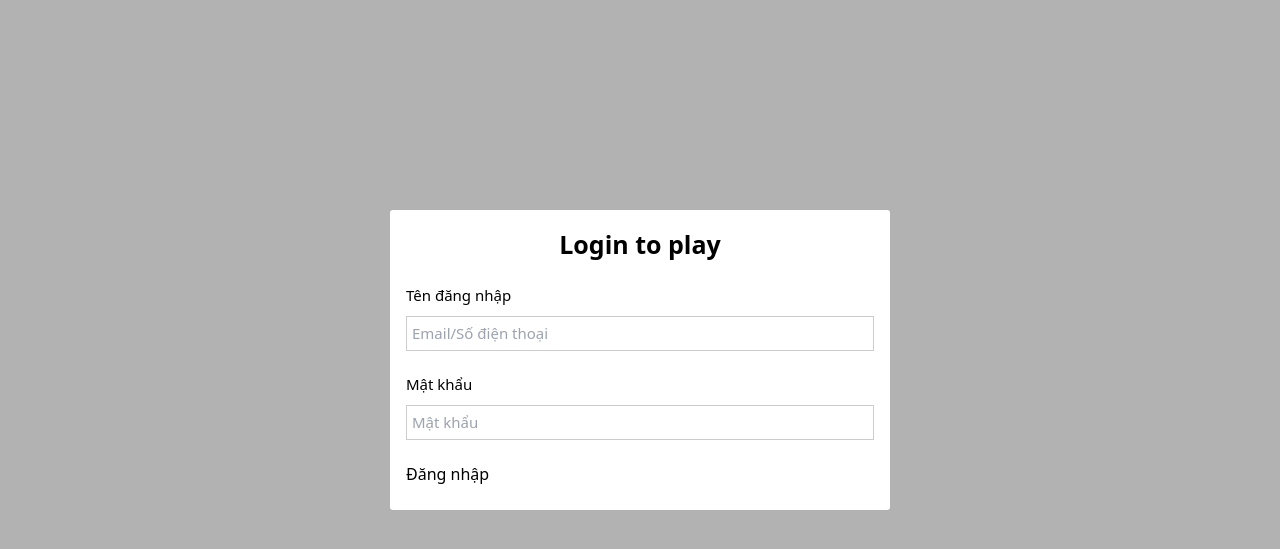
Repository: Teddy1705/demo_pj
Page: /
An editor plug-in stored every save of this project. The page is shown before and after the next save, followed by the edit.
The browser window is 1280 px wide. The pictures show the whole page.
The project was rebuilt for these pictures with package versions that can differ from the ones it lists, and the page was loaded fresh each time. Also part of the build but not shown: vite.config.js.

Above is the page before, as saved 2024-04-16 09:58:17.

### index.html
<!DOCTYPE html>
<html lang="en">
  <head>
    <meta charset="UTF-8" />
    <link rel="icon" type="image/svg+xml" href="/vite.svg" />
    <meta name="viewport" content="width=device-width, initial-scale=1.0" />
    <title>Tic Tac Toe</title>
    <link rel="stylesheet" href="./src/index.css" />
  </head>
  <body>
    <div id="root"></div>
    <script type="module" src="/src/main.jsx"></script>
  </body>
</html>

### src/index.css
:root {
  --white-color: #fff;
  --black-color: #000;
}

/*
1. Prevent padding and border from affecting element width. (https://github.com/mozdevs/cssremedy/issues/4)
2. Allow adding a border to an element by just adding a border-width. (https://github.com/tailwindcss/tailwindcss/pull/116)
*/

*,
::before,
::after {
  box-sizing: border-box;
  /* 1 */
  border-width: 0;
  /* 2 */
  border-style: solid;
  /* 2 */
  border-color: #e5e7eb;
  /* 2 */
}

::before,
::after {
  --tw-content: "";
}

/*
1. Use a consistent sensible line-height in all browsers.
2. Prevent adjustments of font size after orientation changes in iOS.
3. Use a more readable tab size.
4. Use the user's configured `sans` font-family by default.
5. Use the user's configured `sans` font-feature-settings by default.
6. Use the user's configured `sans` font-variation-settings by default.
7. Disable tap highlights on iOS
*/

html,
:host {
  line-height: 1.5;
  /* 1 */
  -webkit-text-size-adjust: 100%;
  /* 2 */
  -moz-tab-size: 4;
  /* 3 */
  -o-tab-size: 4;
  tab-size: 4;
  /* 3 */
  font-family: ui-sans-serif, system-ui, sans-serif, "Apple Color Emoji",
    "Segoe UI Emoji", "Segoe UI Symbol", "Noto Color Emoji";
  /* 4 */
  font-feature-settings: normal;
  /* 5 */
  font-variation-settings: normal;
  /* 6 */
  -webkit-tap-highlight-color: transparent;
  /* 7 */
}

/*
1. Remove the margin in all browsers.
2. Inherit line-height from `html` so users can set them as a class directly on the `html` element.
*/

body {
  margin: 0;
  /* 1 */
  line-height: inherit;
  /* 2 */
}

/*
1. Add the correct height in Firefox.
2. Correct the inheritance of border color in Firefox. (https://bugzilla.mozilla.org/show_bug.cgi?id=190655)
3. Ensure horizontal rules are visible by default.
*/

hr {
  height: 0;
  /* 1 */
  color: inherit;
  /* 2 */
  border-top-width: 1px;
  /* 3 */
}

/*
Add the correct text decoration in Chrome, Edge, and Safari.
*/

abbr:where([title]) {
  -webkit-text-decoration: underline dotted;
  text-decoration: underline dotted;
}

/*
Remove the default font size and weight for headings.
*/

h1,
h2,
h3,
h4,
h5,
h6 {
  font-size: inherit;
  font-weight: inherit;
}

/*
Reset links to optimize for opt-in styling instead of opt-out.
*/

a {
  color: inherit;
  text-decoration: inherit;
}

/*
Add the correct font weight in Edge and Safari.
*/

b,
strong {
  font-weight: bolder;
}

/*
1. Use the user's configured `mono` font-family by default.
2. Use the user's configured `mono` font-feature-settings by default.
3. Use the user's configured `mono` font-variation-settings by default.
4. Correct the odd `em` font sizing in all browsers.
*/

code,
kbd,
samp,
pre {
  font-family: ui-monospace, SFMono-Regular, Menlo, Monaco, Consolas,
    "Liberation Mono", "Courier New", monospace;
  /* 1 */
  font-feature-settings: normal;
  /* 2 */
  font-variation-settings: normal;
  /* 3 */
  font-size: 1em;
  /* 4 */
}

/*
Add the correct font size in all browsers.
*/

small {
  font-size: 80%;
}

/*
Prevent `sub` and `sup` elements from affecting the line height in all browsers.
*/

sub,
sup {
  font-size: 75%;
  line-height: 0;
  position: relative;
  vertical-align: baseline;
}

sub {
  bottom: -0.25em;
}

sup {
  top: -0.5em;
}

/*
1. Remove text indentation from table contents in Chrome and Safari. (https://bugs.chromium.org/p/chromium/issues/detail?id=999088, https://bugs.webkit.org/show_bug.cgi?id=201297)
2. Correct table border color inheritance in all Chrome and Safari. (https://bugs.chromium.org/p/chromium/issues/detail?id=935729, https://bugs.webkit.org/show_bug.cgi?id=195016)
3. Remove gaps between table borders by default.
*/

table {
  text-indent: 0;
  /* 1 */
  border-color: inherit;
  /* 2 */
  border-collapse: collapse;
  /* 3 */
}

/*
1. Change the font styles in all browsers.
2. Remove the margin in Firefox and Safari.
3. Remove default padding in all browsers.
*/

button,
input,
optgroup,
select,
textarea {
  font-family: inherit;
  /* 1 */
  font-feature-settings: inherit;
  /* 1 */
  font-variation-settings: inherit;
  /* 1 */
  font-size: 100%;
  /* 1 */
  font-weight: inherit;
  /* 1 */
  line-height: inherit;
  /* 1 */
  letter-spacing: inherit;
  /* 1 */
  color: inherit;
  /* 1 */
  margin: 0;
  /* 2 */
  padding: 0;
  /* 3 */
}

/*
Remove the inheritance of text transform in Edge and Firefox.
*/

button,
select {
  text-transform: none;
}

/*
1. Correct the inability to style clickable types in iOS and Safari.
2. Remove default button styles.
*/

button,
input:where([type="button"]),
input:where([type="reset"]),
input:where([type="submit"]) {
  -webkit-appearance: button;
  /* 1 */
  background-color: transparent;
  /* 2 */
  background-image: none;
  /* 2 */
}

/*
Use the modern Firefox focus style for all focusable elements.
*/

:-moz-focusring {
  outline: auto;
}

/*
Remove the additional `:invalid` styles in Firefox. (https://github.com/mozilla/gecko-dev/blob/2f9eacd9d3d995c937b4251a5557d95d494c9be1/layout/style/res/forms.css#L728-L737)
*/

:-moz-ui-invalid {
  box-shadow: none;
}

/*
Add the correct vertical alignment in Chrome and Firefox.
*/

progress {
  vertical-align: baseline;
}

/*
Correct the cursor style of increment and decrement buttons in Safari.
*/

::-webkit-inner-spin-button,
::-webkit-outer-spin-button {
  height: auto;
}

/*
1. Correct the odd appearance in Chrome and Safari.
2. Correct the outline style in Safari.
*/

[type="search"] {
  -webkit-appearance: textfield;
  /* 1 */
  outline-offset: -2px;
  /* 2 */
}

/*
Remove the inner padding in Chrome and Safari on macOS.
*/

::-webkit-search-decoration {
  -webkit-appearance: none;
}

/*
1. Correct the inability to style clickable types in iOS and Safari.
2. Change font properties to `inherit` in Safari.
*/

::-webkit-file-upload-button {
  -webkit-appearance: button;
  /* 1 */
  font: inherit;
  /* 2 */
}

/*
Add the correct display in Chrome and Safari.
*/

summary {
  display: list-item;
}

/*
Removes the default spacing and border for appropriate elements.
*/

blockquote,
dl,
dd,
h1,
h2,
h3,
h4,
h5,
h6,
hr,
figure,
p,
pre {
  margin: 0;
}

fieldset {
  margin: 0;
  padding: 0;
}

legend {
  padding: 0;
}

ol,
ul,
menu {
  list-style: none;
  margin: 0;
  padding: 0;
}

/*
Reset default styling for dialogs.
*/

dialog {
  padding: 0;
}

/*
Prevent resizing textareas horizontally by default.
*/

textarea {
  resize: vertical;
}

/*
1. Reset the default placeholder opacity in Firefox. (https://github.com/tailwindlabs/tailwindcss/issues/3300)
2. Set the default placeholder color to the user's configured gray 400 color.
*/

input::-moz-placeholder,
textarea::-moz-placeholder {
  opacity: 1;
  /* 1 */
  color: #9ca3af;
  /* 2 */
}

input::placeholder,
textarea::placeholder {
  opacity: 1;
  /* 1 */
  color: #9ca3af;
  /* 2 */
}

/*
Set the default cursor for buttons.
*/

button,
[role="button"] {
  cursor: pointer;
}

/*
Make sure disabled buttons don't get the pointer cursor.
*/

:disabled {
  cursor: default;
}

/*
1. Make replaced elements `display: block` by default. (https://github.com/mozdevs/cssremedy/issues/14)
2. Add `vertical-align: middle` to align replaced elements more sensibly by default. (https://github.com/jensimmons/cssremedy/issues/14#issuecomment-634934210)
   This can trigger a poorly considered lint error in some tools but is included by design.
*/

img,
svg,
video,
canvas,
audio,
iframe,
embed,
object {
  display: block;
  /* 1 */
  vertical-align: middle;
  /* 2 */
}

/*
Constrain images and videos to the parent width and preserve their intrinsic aspect ratio. (https://github.com/mozdevs/cssremedy/issues/14)
*/

img,
video {
  max-width: 100%;
  height: auto;
}

/* Make elements with the HTML hidden attribute stay hidden by default */

[hidden] {
  display: none;
}

*,
::before,
::after {
  --tw-border-spacing-x: 0;
  --tw-border-spacing-y: 0;
  --tw-translate-x: 0;
  --tw-translate-y: 0;
  --tw-rotate: 0;
  --tw-skew-x: 0;
  --tw-skew-y: 0;
  --tw-scale-x: 1;
  --tw-scale-y: 1;
  --tw-pan-x: ;
  --tw-pan-y: ;
  --tw-pinch-zoom: ;
  --tw-scroll-snap-strictness: proximity;
  --tw-gradient-from-position: ;
  --tw-gradient-via-position: ;
  --tw-gradient-to-position: ;
  --tw-ordinal: ;
  --tw-slashed-zero: ;
  --tw-numeric-figure: ;
  --tw-numeric-spacing: ;
  --tw-numeric-fraction: ;
  --tw-ring-inset: ;
  --tw-ring-offset-width: 0px;
  --tw-ring-offset-color: #fff;
  --tw-ring-color: rgb(59 130 246 / 0.5);
  --tw-ring-offset-shadow: 0 0 #0000;
  --tw-ring-shadow: 0 0 #0000;
  --tw-shadow: 0 0 #0000;
  --tw-shadow-colored: 0 0 #0000;
  --tw-blur: ;
  --tw-brightness: ;
  --tw-contrast: ;
  --tw-grayscale: ;
  --tw-hue-rotate: ;
  --tw-invert: ;
  --tw-saturate: ;
  --tw-sepia: ;
  --tw-drop-shadow: ;
  --tw-backdrop-blur: ;
  --tw-backdrop-brightness: ;
  --tw-backdrop-contrast: ;
  --tw-backdrop-grayscale: ;
  --tw-backdrop-hue-rotate: ;
  --tw-backdrop-invert: ;
  --tw-backdrop-opacity: ;
  --tw-backdrop-saturate: ;
  --tw-backdrop-sepia: ;
  --tw-contain-size: ;
  --tw-contain-layout: ;
  --tw-contain-paint: ;
  --tw-contain-style: ;
}

::backdrop {
  --tw-border-spacing-x: 0;
  --tw-border-spacing-y: 0;
  --tw-translate-x: 0;
  --tw-translate-y: 0;
  --tw-rotate: 0;
  --tw-skew-x: 0;
  --tw-skew-y: 0;
  --tw-scale-x: 1;
  --tw-scale-y: 1;
  --tw-pan-x: ;
  --tw-pan-y: ;
  --tw-pinch-zoom: ;
  --tw-scroll-snap-strictness: proximity;
  --tw-gradient-from-position: ;
  --tw-gradient-via-position: ;
  --tw-gradient-to-position: ;
  --tw-ordinal: ;
  --tw-slashed-zero: ;
  --tw-numeric-figure: ;
  --tw-numeric-spacing: ;
  --tw-numeric-fraction: ;
  --tw-ring-inset: ;
  --tw-ring-offset-width: 0px;
  --tw-ring-offset-color: #fff;
  --tw-ring-color: rgb(59 130 246 / 0.5);
  --tw-ring-offset-shadow: 0 0 #0000;
  --tw-ring-shadow: 0 0 #0000;
  --tw-shadow: 0 0 #0000;
  --tw-shadow-colored: 0 0 #0000;
  --tw-blur: ;
  --tw-brightness: ;
  --tw-contrast: ;
  --tw-grayscale: ;
  --tw-hue-rotate: ;
  --tw-invert: ;
  --tw-saturate: ;
  --tw-sepia: ;
  --tw-drop-shadow: ;
  --tw-backdrop-blur: ;
  --tw-backdrop-brightness: ;
  --tw-backdrop-contrast: ;
  --tw-backdrop-grayscale: ;
  --tw-backdrop-hue-rotate: ;
  --tw-backdrop-invert: ;
  --tw-backdrop-opacity: ;
  --tw-backdrop-saturate: ;
  --tw-backdrop-sepia: ;
  --tw-contain-size: ;
  --tw-contain-layout: ;
  --tw-contain-paint: ;
  --tw-contain-style: ;
}

#modal {
  position: fixed;
  top: 0;
  right: 0;
  bottom: 0;
  left: 0;
  display: flex;
  align-items: center;
  justify-content: center;
}

#modal .modal__overlay {
  position: absolute;
  width: 100%;
  height: 100%;
  background-color: rgba(0, 0, 0, 0.3);
}

#modal .modal__body {
  position: relative;
  background-color: var(--white-color);
  margin: auto;
  width: 500px;
  min-height: 300px;
  padding: 16px;
  border-radius: 3px;
}

.auth-form {
}

.auth-form__heading {
  font-size: 25px;
  font-weight: 700;
  text-align: center;
  margin-bottom: 20px;
}

.auth-form__info {
}

.auth-form__info-details {
}

.auth-form__label {
  display: block;
  font-size: 15px;
  font-weight: 500;
}

.auth-form__info-input {
  border: 1px solid #ccc;
  width: 100%;
  font-size: 15px;
  padding: 5px;
  margin: 10px 0 22px;
}

.auth-form__btn {
}

### src/main.jsx
import React from "react";
import ReactDOM from "react-dom/client";
import App from "./App.jsx";
import { createBrowserRouter, RouterProvider } from "react-router-dom";
import Root from "./routes/root";
import "./index.css";

const router = createBrowserRouter([
  {
    path: "/",
    element: <Root />,
  },
]);

ReactDOM.createRoot(document.getElementById("root")).render(
  <React.StrictMode>
    <RouterProvider router={router} />
    <App />
  </React.StrictMode>
);

### src/routes/root.jsx
export default function Root() {
  return (
    <>
      <div id="modal">
        <div className="modal__overlay"></div>
        <div className="modal__body">
          <div className="auth-form">
            <h1 className="auth-form__heading">Login to play</h1>
            <div className="auth-form__info">
              <div className="auth-form__info-details">
                <label htmlFor="" className="auth-form__label">
                  Tên đăng nhập
                </label>
                <input
                  type="text"
                  className="auth-form__info-input"
                  placeholder="Email/Số điện thoại"
                />
              </div>
              <div className="auth-form__info-details">
                <label htmlFor="" className="auth-form__label">
                  Mật khẩu
                </label>
                <input
                  type="password"
                  className="auth-form__info-input"
                  placeholder="Mật khẩu"
                />
              </div>
            </div>
            <div className="auth-form__btn">
              <a
                href={`https://codesandbox.io/s/q2z497?file=%2Fsrc%2FApp.js&utm_medium=sandpack`}
                className=""
              >
                Đăng nhập
              </a>
            </div>
          </div>
        </div>
      </div>
      <div id="detail"></div>
    </>
  );
}

Loaded but not shown: src/App.jsx (common file)

After the next save:
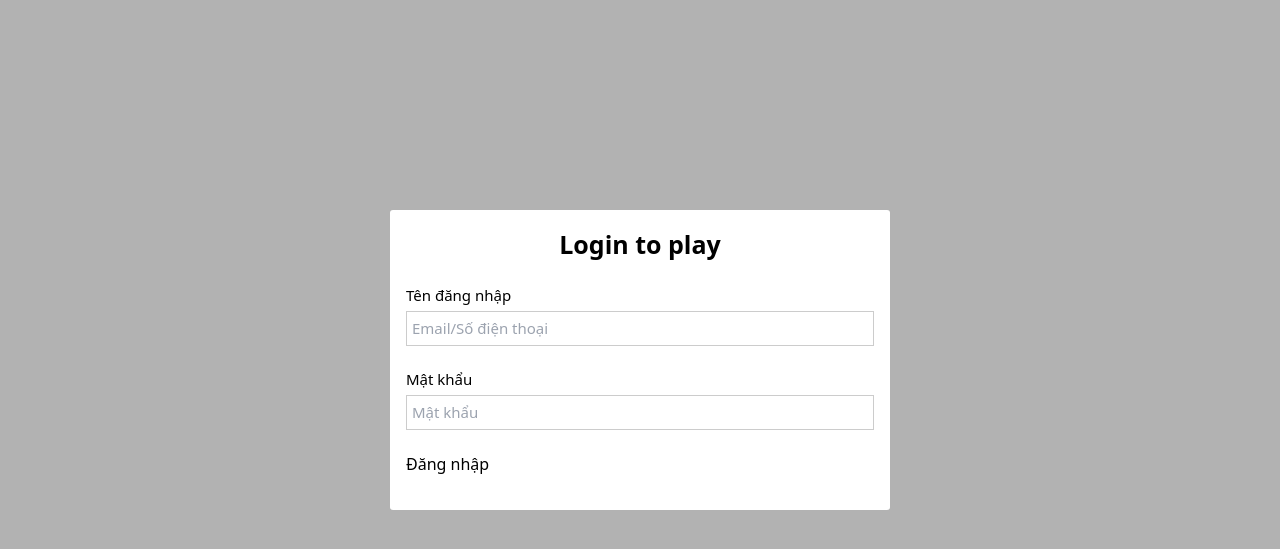
Saved 46 s later.
--- a/src/index.css
+++ b/src/index.css
@@ -615,7 +615,7 @@ video {
   width: 100%;
   font-size: 15px;
   padding: 5px;
-  margin: 10px 0 22px;
+  margin: 5px 0 22px;
 }
 
 .auth-form__btn {
